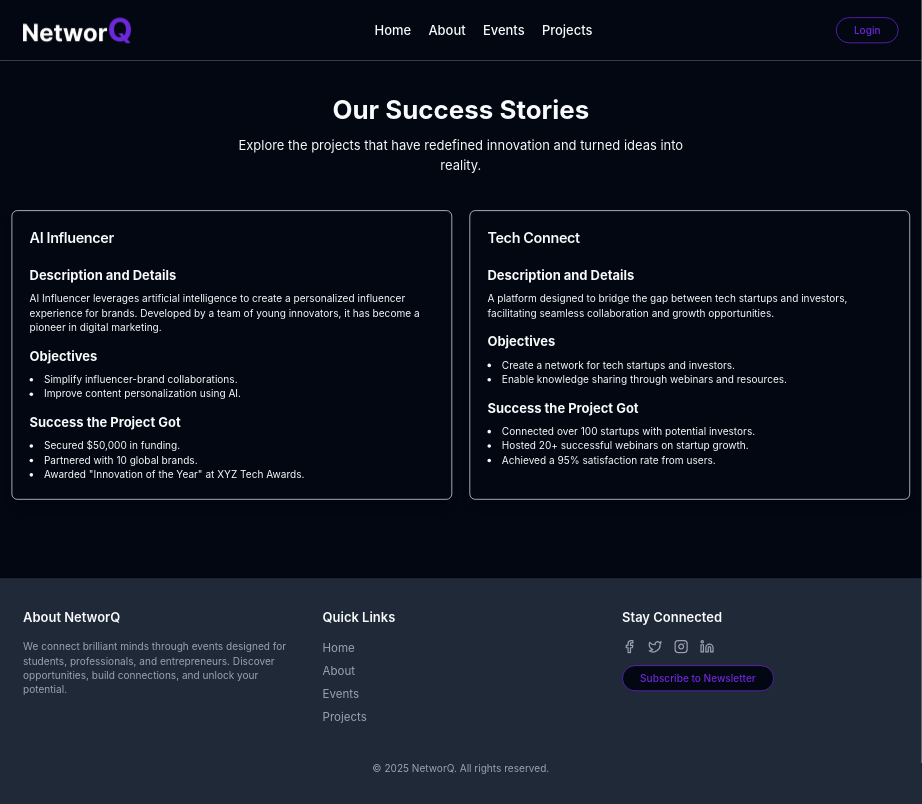
Repository: Wahab3917/Red-Pill-Coders-Hackathon-Submission
Page: /projects (app in frontend/)
An editor plug-in stored every save of this project. The page is shown before and after the next save, followed by the edit.
The browser window is 1280 px wide. The pictures show the whole page, at 72% of full size.
The project was rebuilt for these pictures with package versions that can differ from the ones it lists, and the page was loaded fresh each time. Also part of the build but not shown: frontend/vite.config.js, frontend/src/layouts/AuthLayout.jsx, frontend/src/pages/Home.jsx, frontend/src/pages/About.jsx, frontend/src/pages/Event.jsx.

Above is the page before, as saved 2025-01-25 13:11:05.

### frontend/index.html
<!doctype html>
<html lang="en" class="dark">
  <head>
    <meta charset="UTF-8" />
    <link rel="icon" type="image/svg+xml" href="./src/assets/favicon.png" />
    <meta name="viewport" content="width=device-width, initial-scale=1.0" />
    <title>NetworQ</title>
  </head>
  <body>
    <div id="root"></div>
    <script type="module" src="/src/main.jsx"></script>
  </body>
</html>

### frontend/src/App.jsx
import { BrowserRouter as Router, Routes, Route } from "react-router-dom";
import AuthLayout from "./layouts/AuthLayout";
import PageLayout from "./layouts/pageLayout";

// PAGES
import Home from "./pages/Home.jsx";
import About from "./pages/About.jsx";
import Event from "./pages/Event.jsx";
import Project from "./pages/Project.jsx";
function App() {
  return (
    <Router>
      <Routes>
        <Route
          path="/"
          element={
            <PageLayout>
              <Home />
            </PageLayout>
          }
        />
        <Route
          path="/about"
          element={
            <PageLayout>
              <About />
            </PageLayout>
          }
        />
        <Route
          path="/events"
          element={
            <PageLayout>
              <Event />
            </PageLayout>
          }
        />
        <Route
          path="/projects"
          element={
            <PageLayout>
              <Project />
            </PageLayout>
          }
        />
      </Routes>
    </Router>
  );
}

export default App;

### frontend/src/layouts/PageLayout.jsx
import React from 'react';
import { Header, Footer } from '../components';

function PageLayout({children}) {
  return (
    <div className='min-h-screen flex flex-wrap content-between bg-gray-100'>
      <div className='w-full block'>
        <Header />
          <main>
            {children}
          </main>
        <Footer />
      </div>
    </div>
  )
}

export default PageLayout

### frontend/src/pages/Project.jsx
import React from "react";
import { Card, CardHeader, CardTitle, CardContent } from "@/components/ui/card";

const projectsData = [
  {
    name: "AI Influencer",
    description:
      "AI Influencer leverages artificial intelligence to create a personalized influencer experience for brands. Developed by a team of young innovators, it has become a pioneer in digital marketing.",
    objectives: [
      "Simplify influencer-brand collaborations.",
      "Improve content personalization using AI.",
    ],
    success: [
      "Secured $50,000 in funding.",
      "Partnered with 10 global brands.",
      'Awarded "Innovation of the Year" at XYZ Tech Awards.',
    ],
  },
  {
    name: "Tech Connect",
    description:
      "A platform designed to bridge the gap between tech startups and investors, facilitating seamless collaboration and growth opportunities.",
    objectives: [
      "Create a network for tech startups and investors.",
      "Enable knowledge sharing through webinars and resources.",
    ],
    success: [
      "Connected over 100 startups with potential investors.",
      "Hosted 20+ successful webinars on startup growth.",
      "Achieved a 95% satisfaction rate from users.",
    ],
  },
];

export default function ProjectsPage() {
  return (
    <>
      <main className="min-h-screen bg-background text-foreground">
        <div className="py-12">
          <div className="container mx-auto px-4 text-center">
            {/* Headline */}
            <h1 className="text-4xl font-bold mb-4">Our Success Stories</h1>
            <p className="text-lg max-w-2xl mx-auto">
              Explore the projects that have redefined innovation and turned
              ideas into reality.
            </p>
          </div>

          {/* Projects Section */}
          <section className="py-12">
            <div className="container mx-auto px-4">
              <div className="grid grid-cols-1 sm:grid-cols-2 gap-6">
                {projectsData.map((project, index) => (
                  <Card key={index} className="rounded-lg shadow-lg">
                    <CardHeader>
                      <CardTitle className="text-xl font-semibold">
                        {project.name}
                      </CardTitle>
                    </CardHeader>
                    <CardContent>
                      <div className="mb-4">
                        <h2 className="font-bold text-lg mb-2">
                          Description and Details
                        </h2>
                        <p className="text-sm">{project.description}</p>
                      </div>
                      <div className="mb-4">
                        <h2 className="font-bold text-lg mb-2">Objectives</h2>
                        <ul className="list-disc list-inside text-sm">
                          {project.objectives.map((objective, idx) => (
                            <li key={idx}>{objective}</li>
                          ))}
                        </ul>
                      </div>
                      <div>
                        <h2 className="font-bold text-lg mb-2">
                          Success the Project Got
                        </h2>
                        <ul className="list-disc list-inside text-sm">
                          {project.success.map((success, idx) => (
                            <li key={idx}>{success}</li>
                          ))}
                        </ul>
                      </div>
                    </CardContent>
                  </Card>
                ))}
              </div>
            </div>
          </section>
        </div>
      </main>
    </>
  );
}

### frontend/src/components/index.js
import Header from "./Header/Header";
import Footer from "./Footer/Footer";

export {
  Header, Footer
}

### frontend/src/components/ui/button.jsx
import * as React from "react"
import { Slot } from "@radix-ui/react-slot"
import { cva } from "class-variance-authority";

import { cn } from "@/lib/utils"

const buttonVariants = cva(
  "inline-flex items-center justify-center gap-2 whitespace-nowrap rounded-md text-sm font-medium transition-colors focus-visible:outline-none focus-visible:ring-1 focus-visible:ring-ring disabled:pointer-events-none disabled:opacity-50 [&_svg]:pointer-events-none [&_svg]:size-4 [&_svg]:shrink-0",
  {
    variants: {
      variant: {
        default:
          "bg-primary text-primary-foreground shadow hover:bg-primary/90",
        destructive:
          "bg-destructive text-destructive-foreground shadow-sm hover:bg-destructive/90",
        outline:
          "border border-input bg-background shadow-sm hover:bg-accent hover:text-accent-foreground",
        secondary:
          "bg-secondary text-secondary-foreground shadow-sm hover:bg-secondary/80",
        ghost: "hover:bg-accent hover:text-accent-foreground",
        link: "text-primary underline-offset-4 hover:underline",
      },
      size: {
        default: "h-9 px-4 py-2",
        sm: "h-8 rounded-md px-3 text-xs",
        lg: "h-10 rounded-md px-8",
        icon: "h-9 w-9",
      },
    },
    defaultVariants: {
      variant: "default",
      size: "default",
    },
  }
)

const Button = React.forwardRef(({ className, variant, size, asChild = false, ...props }, ref) => {
  const Comp = asChild ? Slot : "button"
  return (
    (<Comp
      className={cn(buttonVariants({ variant, size, className }))}
      ref={ref}
      {...props} />)
  );
})
Button.displayName = "Button"

export { Button, buttonVariants }

### frontend/src/components/ui/card.jsx
import * as React from "react"

import { cn } from "@/lib/utils"

const Card = React.forwardRef(({ className, ...props }, ref) => (
  <div
    ref={ref}
    className={cn("rounded-xl border bg-card text-card-foreground shadow", className)}
    {...props} />
))
Card.displayName = "Card"

const CardHeader = React.forwardRef(({ className, ...props }, ref) => (
  <div
    ref={ref}
    className={cn("flex flex-col space-y-1.5 p-6", className)}
    {...props} />
))
CardHeader.displayName = "CardHeader"

const CardTitle = React.forwardRef(({ className, ...props }, ref) => (
  <div
    ref={ref}
    className={cn("font-semibold leading-none tracking-tight", className)}
    {...props} />
))
CardTitle.displayName = "CardTitle"

const CardDescription = React.forwardRef(({ className, ...props }, ref) => (
  <div
    ref={ref}
    className={cn("text-sm text-muted-foreground", className)}
    {...props} />
))
CardDescription.displayName = "CardDescription"

const CardContent = React.forwardRef(({ className, ...props }, ref) => (
  <div ref={ref} className={cn("p-6 pt-0", className)} {...props} />
))
CardContent.displayName = "CardContent"

const CardFooter = React.forwardRef(({ className, ...props }, ref) => (
  <div
    ref={ref}
    className={cn("flex items-center p-6 pt-0", className)}
    {...props} />
))
CardFooter.displayName = "CardFooter"

export { Card, CardHeader, CardFooter, CardTitle, CardDescription, CardContent }

### frontend/src/components/Header/Header.jsx
import React from "react";
import { Link, useNavigate } from "react-router-dom";
import Logo from "../Logo";
import { Button } from "../ui/button";

function Header() {
  const navigate = useNavigate();

  const navItems = [
    { name: "Home", slug: "/", active: true },
    { name: "About", slug: "/about", active: true },
    { name: "Events", slug: "/events", active: true },
    { name: "Projects", slug: "/projects", active: true },
  ];

  return (
    <header className="flex justify-between items-center py-6 px-8 bg-background text-foreground shadow-md">
      {/* Logo Section */}
      <div>
        <Link to="/">
          <Logo width={150} />
        </Link>
      </div>

      {/* Navigation Section */}
      <nav className="flex gap-6">
        {navItems.map(
          (item) =>
            item.active && (
              <Link
                to={item.slug}
                key={item.name}
                className="text-lg font-medium hover:text-primary transition-colors"
              >
                {item.name}
              </Link>
            )
        )}
      </nav>

      {/* Actions Section */}
      <div>
        <Link to="/login">
          <Button
            variant="outline"
            className="py-2 px-6 rounded-full border-primary text-primary hover:bg-primary hover:text-primary-foreground transition-colors"
          >
            Login
          </Button>
        </Link>
      </div>
    </header>
  );
}

export default Header;

### frontend/src/components/Footer/Footer.jsx
import React from "react";
import { Link } from "react-router-dom";
import { Button } from "../ui/button";
import { Facebook, Twitter, Instagram, Linkedin } from "lucide-react";

function Footer() {
  return (
    <footer className="bg-muted text-muted-foreground py-10 px-8">
      <div className="container mx-auto grid md:grid-cols-3 gap-8">
        {/* About Section */}
        <div>
          <h4 className="text-lg font-semibold mb-4">About NetworQ</h4>
          <p className="text-sm">
            We connect brilliant minds through events designed for students, professionals, and entrepreneurs.
            Discover opportunities, build connections, and unlock your potential.
          </p>
        </div>

        {/* Navigation Links */}
        <div>
          <h4 className="text-lg font-semibold mb-4">Quick Links</h4>
          <ul className="space-y-2">
            <li>
              <Link to="/" className="hover:text-primary transition-colors">Home</Link>
            </li>
            <li>
              <Link to="/about" className="hover:text-primary transition-colors">About</Link>
            </li>
            <li>
              <Link to="/events" className="hover:text-primary transition-colors">Events</Link>
            </li>
            <li>
              <Link to="/projects" className="hover:text-primary transition-colors">Projects</Link>
            </li>
          </ul>
        </div>

        {/* Social Media & Newsletter */}
        <div>
          <h4 className="text-lg font-semibold mb-4">Stay Connected</h4>
          <div className="flex space-x-4 mb-4">
            <a
              href="https://facebook.com"
              target="_blank"
              rel="noopener noreferrer"
              className="text-muted-foreground hover:text-primary transition-colors"
            >
              <Facebook size={20} />
            </a>
            <a
              href="https://twitter.com"
              target="_blank"
              rel="noopener noreferrer"
              className="text-muted-foreground hover:text-primary transition-colors"
            >
              <Twitter size={20} />
            </a>
            <a
              href="https://instagram.com"
              target="_blank"
              rel="noopener noreferrer"
              className="text-muted-foreground hover:text-primary transition-colors"
            >
              <Instagram size={20} />
            </a>
            <a
              href="https://linkedin.com"
              target="_blank"
              rel="noopener noreferrer"
              className="text-muted-foreground hover:text-primary transition-colors"
            >
              <Linkedin size={20} />
            </a>
          </div>
          <Link to="/signup">
            <Button
              variant="outline"
              className="py-2 px-6 rounded-full border-primary text-primary hover:bg-primary hover:text-primary-foreground transition-colors"
            >
              Subscribe to Newsletter
            </Button>
          </Link>
        </div>
      </div>

      {/* Bottom Bar */}
      <div className="border-t border-border mt-8 pt-4 text-center">
        <p className="text-sm">
          © {new Date().getFullYear()} NetworQ. All rights reserved.
        </p>
      </div>
    </footer>
  );
}

export default Footer;

### frontend/src/components/Logo.jsx
import React from 'react';
import logo from '../assets/Logo.png';

function Logo({width}) {
  return (
    <img src={logo} alt="Logo" width={width} />
  )
}

export default Logo

### frontend/tailwind.config.js
const plugin = require("tailwindcss/plugin");
const { fontFamily } = require("tailwindcss/defaultTheme");

/** @type {import('tailwindcss').Config} */
module.exports = {
  darkMode: ["class"],
  content: ["./index.html", "./src/**/*.{ts,tsx,js,jsx}"],
  theme: {
    extend: {
      colors: {
        background: "hsl(var(--background))",
        foreground: "hsl(var(--foreground))",
        card: "hsl(var(--card))",
        "card-foreground": "hsl(var(--card-foreground))",
        popover: "hsl(var(--popover))",
        "popover-foreground": "hsl(var(--popover-foreground))",
        primary: "hsl(var(--primary))",
        "primary-foreground": "hsl(var(--primary-foreground))",
        secondary: "hsl(var(--secondary))",
        "secondary-foreground": "hsl(var(--secondary-foreground))",
        muted: "hsl(var(--muted))",
        "muted-foreground": "hsl(var(--muted-foreground))",
        accent: "hsl(var(--accent))",
        "accent-foreground": "hsl(var(--accent-foreground))",
        destructive: "hsl(var(--destructive))",
        "destructive-foreground": "hsl(var(--destructive-foreground))",
        border: "hsl(var(--border))",
        input: "hsl(var(--input))",
        ring: "hsl(var(--ring))",
      },
      borderRadius: {
        DEFAULT: "var(--radius)",
      },
      fontFamily: {
        sans: ["Inter", ...fontFamily.sans],
      },
      typography: {
        DEFAULT: {
          css: {
            h1: {
              fontSize: "3.5rem", // 56px
              fontWeight: "900",
              lineHeight: "4rem", // 64px
              color: "hsl(var(--foreground))",
            },
            h2: {
              fontSize: "2.875rem", // 46px
              fontWeight: "800",
              lineHeight: "3.25rem", // 52px
              color: "hsl(var(--foreground))",
            },
            h3: {
              fontSize: "2.25rem", // 36px
              fontWeight: "700",
              lineHeight: "2.75rem", // 44px
              color: "hsl(var(--foreground))",
            },
            h4: {
              fontSize: "1.875rem", // 30px
              fontWeight: "600",
              lineHeight: "2.25rem", // 36px
              color: "hsl(var(--foreground))",
            },
          },
        },
      },
    },
  },
  plugins: [
    require("tailwindcss-animate"),
    require("@tailwindcss/typography"),
    plugin(function ({ addBase }) {
      addBase({
        h1: {
          "@apply text-[56px] font-extrabold leading-[64px] text-foreground": "",
        },
        h2: {
          "@apply text-[46px] font-bold leading-[52px] text-foreground": "",
        },
        h3: {
          "@apply text-[36px] font-semibold leading-[44px] text-foreground": "",
        },
        h4: {
          "@apply text-[30px] font-medium leading-[36px] text-foreground": "",
        },
      });
    }),
  ],
};

Loaded but not shown: frontend/src/main.jsx (common file); frontend/src/index.css (common file); frontend/src/lib/utils.js (common file)

After the next save:
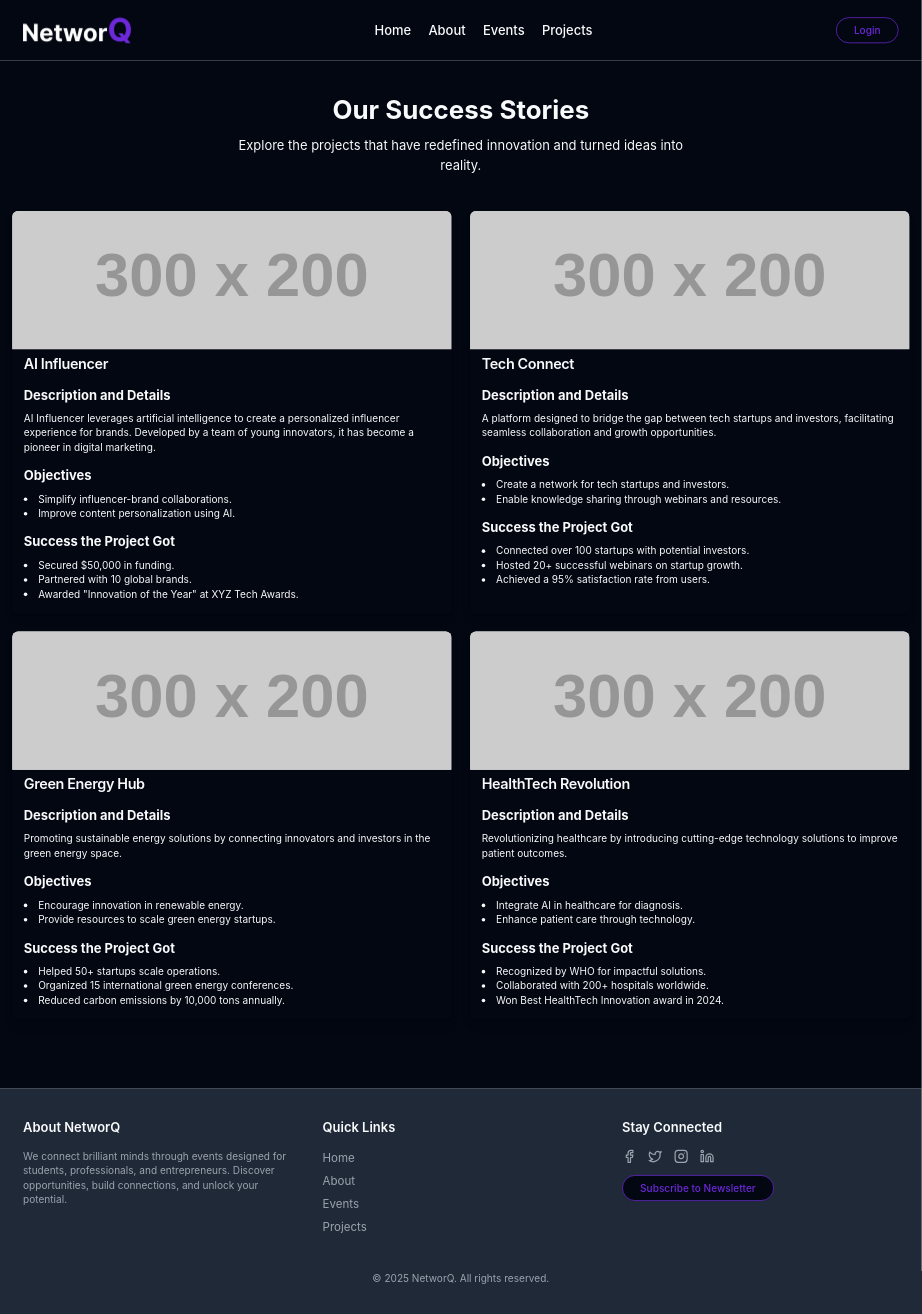
Saved 2 min 47 s later.
--- a/frontend/src/pages/Project.jsx
+++ b/frontend/src/pages/Project.jsx
@@ -4,6 +4,7 @@ import { Card, CardHeader, CardTitle, CardContent } from "@/components/ui/card";
 const projectsData = [
   {
     name: "AI Influencer",
+    image: "https://via.placeholder.com/300x200", // Placeholder image
     description:
       "AI Influencer leverages artificial intelligence to create a personalized influencer experience for brands. Developed by a team of young innovators, it has become a pioneer in digital marketing.",
     objectives: [
@@ -18,6 +19,7 @@ const projectsData = [
   },
   {
     name: "Tech Connect",
+    image: "https://via.placeholder.com/300x200", // Placeholder image
     description:
       "A platform designed to bridge the gap between tech startups and investors, facilitating seamless collaboration and growth opportunities.",
     objectives: [
@@ -28,6 +30,36 @@ const projectsData = [
       "Connected over 100 startups with potential investors.",
       "Hosted 20+ successful webinars on startup growth.",
       "Achieved a 95% satisfaction rate from users.",
+    ],
+  },
+  {
+    name: "Green Energy Hub",
+    image: "https://via.placeholder.com/300x200", // Placeholder image
+    description:
+      "Promoting sustainable energy solutions by connecting innovators and investors in the green energy space.",
+    objectives: [
+      "Encourage innovation in renewable energy.",
+      "Provide resources to scale green energy startups.",
+    ],
+    success: [
+      "Helped 50+ startups scale operations.",
+      "Organized 15 international green energy conferences.",
+      "Reduced carbon emissions by 10,000 tons annually.",
+    ],
+  },
+  {
+    name: "HealthTech Revolution",
+    image: "https://via.placeholder.com/300x200", // Placeholder image
+    description:
+      "Revolutionizing healthcare by introducing cutting-edge technology solutions to improve patient outcomes.",
+    objectives: [
+      "Integrate AI in healthcare for diagnosis.",
+      "Enhance patient care through technology.",
+    ],
+    success: [
+      "Recognized by WHO for impactful solutions.",
+      "Collaborated with 200+ hospitals worldwide.",
+      "Won Best HealthTech Innovation award in 2024.",
     ],
   },
 ];
@@ -51,13 +83,24 @@ export default function ProjectsPage() {
             <div className="container mx-auto px-4">
               <div className="grid grid-cols-1 sm:grid-cols-2 gap-6">
                 {projectsData.map((project, index) => (
-                  <Card key={index} className="rounded-lg shadow-lg">
-                    <CardHeader>
-                      <CardTitle className="text-xl font-semibold">
+                  <Card
+                    key={index}
+                    className="rounded-lg shadow-lg hover:shadow-xl border border-transparent hover:border-primary transition duration-300"
+                  >
+                    <CardHeader className="p-0">
+                      {/* Project Image */}
+                      <div className="w-full h-48 bg-gray-200 rounded-t-lg overflow-hidden">
+                        <img
+                          src={project.image}
+                          alt={project.name}
+                          className="w-full h-full object-cover"
+                        />
+                      </div>
+                      <CardTitle className="text-xl font-semibold mt-4 px-4">
                         {project.name}
                       </CardTitle>
                     </CardHeader>
-                    <CardContent>
+                    <CardContent className="px-4 py-4">
                       <div className="mb-4">
                         <h2 className="font-bold text-lg mb-2">
                           Description and Details
